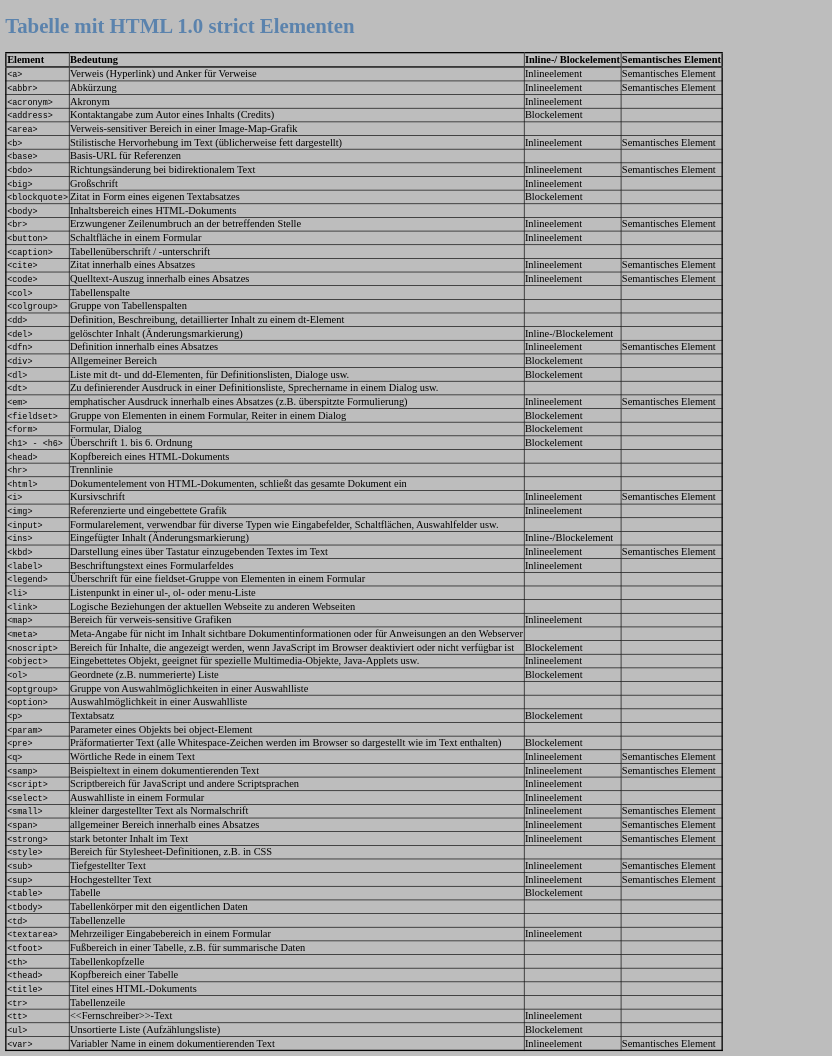
Repository: pLurchi/MyWebengineeringRepo
Page: RemoteSystemsTempFiles/HA-Kapitel06/WebContent/index.html
An editor plug-in stored every save of this project. The page is shown before and after the next save, followed by the edit.
The browser window is 1280 px wide. The pictures show the whole page, at 65% of full size.

Above is the page before, as saved 2013-11-30 10:00:14.

After the next save:
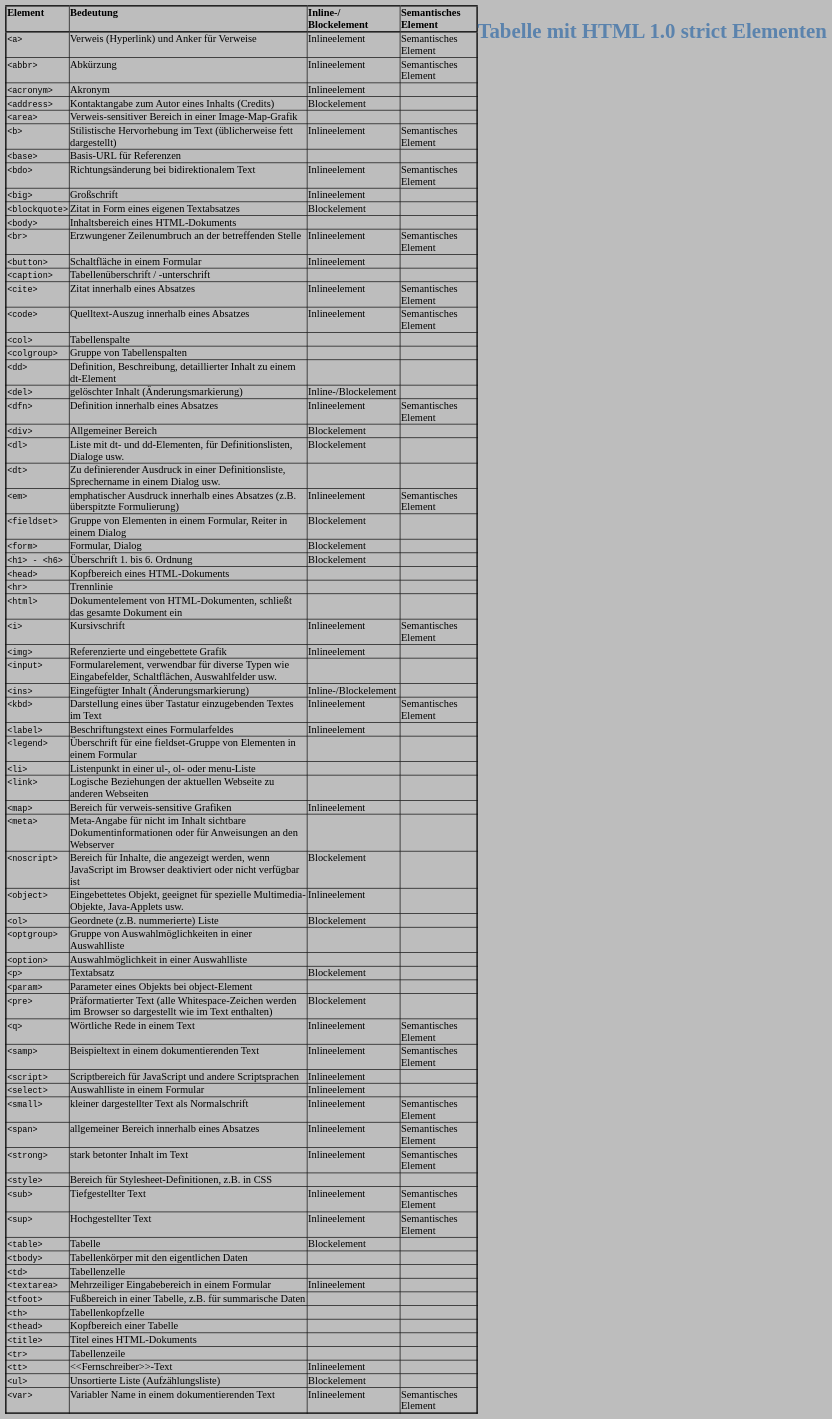
Saved 16 s later.
--- a/RemoteSystemsTempFiles/HA-Kapitel06/WebContent/CSS/stylesheet.css
+++ b/RemoteSystemsTempFiles/HA-Kapitel06/WebContent/CSS/stylesheet.css
@@ -17,7 +17,7 @@
 
 #headerdiv {
 	display:block;
-	float:center;
+	float:right;
 }
 .bodydiv {
 	display:block;

After the save that followed:
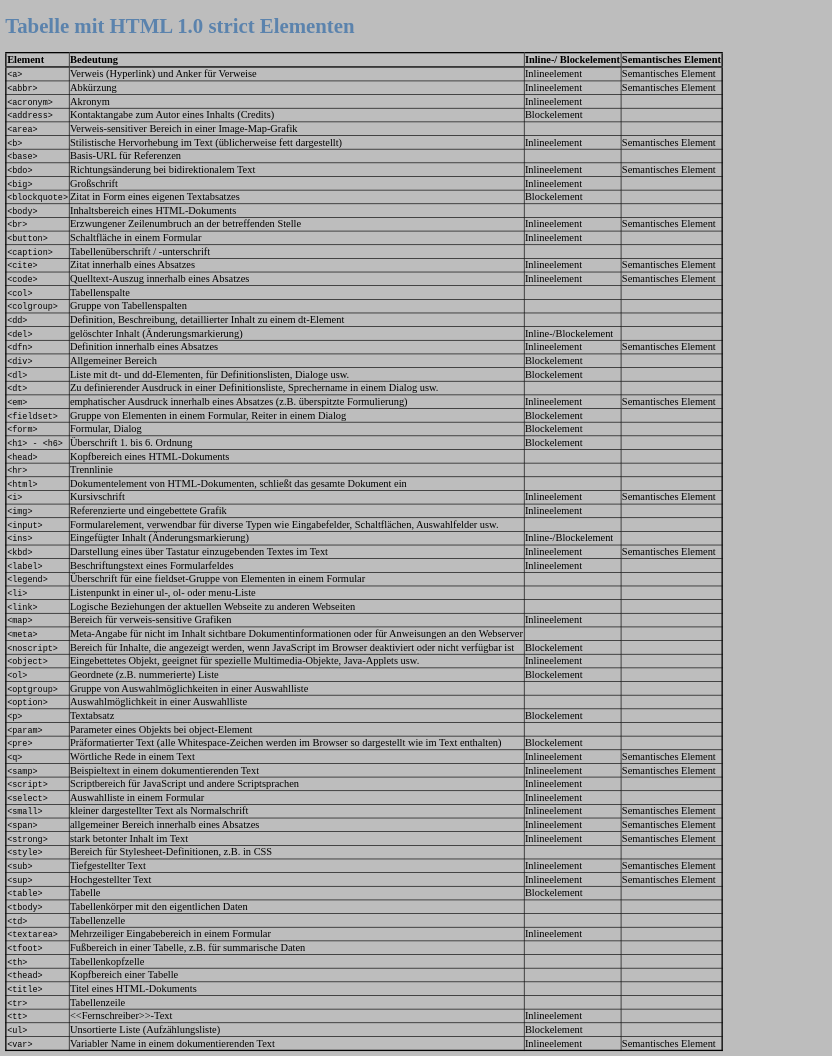
Saved 2 min 11 s later.
--- a/RemoteSystemsTempFiles/HA-Kapitel06/WebContent/CSS/stylesheet.css
+++ b/RemoteSystemsTempFiles/HA-Kapitel06/WebContent/CSS/stylesheet.css
@@ -17,16 +17,16 @@
 
 #headerdiv {
 	display:block;
-	float:right;
+	align: center;
 }
-.bodydiv {
+#bodydiv {
 	display:block;
-	float:center;
+	align: center;
 }
-.footerdiv {
+#footerdiv {
 	display:block;
 	clear:both;
-	float:center;
+	align: center;
 }
 
 table {
